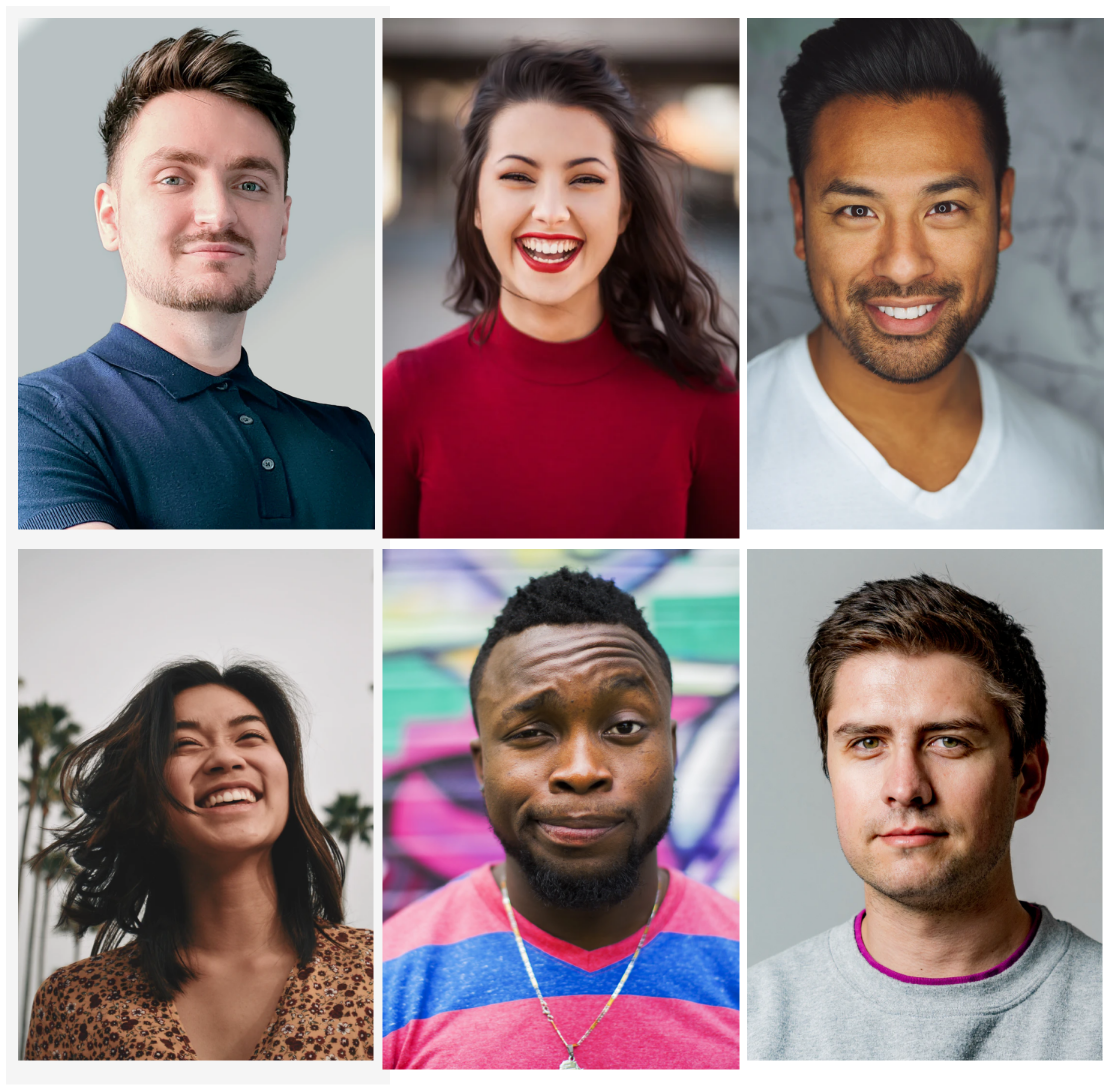
Repository: georgisenze/my-team-page-challeng
Page: index.html
The author's editor kept a copy of each file at every save. The page is drawn from the files as they stood at one save, then again after a run of saves.
The browser window is 1280 px wide. The page is 1472 px wide, then 1280 px, so the pictures cover 1472 px, including what lies to the right of the window. The pictures show the whole page, at 75% of full size.

Above is the page before, as saved 2023-02-22 21:55:22.

### index.html
<!DOCTYPE html>
<html lang="en">
<head>
    <meta charset="UTF-8">
    <meta http-equiv="X-UA-Compatible" content="IE=edge">
    <meta name="viewport" content="width=device-width, initial-scale=1.0">
    <title>My team page</title>

    <link rel="stylesheet" href="assets/css/style.css">
</head>
<body>
     <div class="container" id="container">
        <div class="box">
            <img src="assets/img/photo1.png" alt="" >
        </div>
        <div class="box">
            <img src="assets/img/photo2.png" alt="">
        </div>
        <div class="box">
            <img src="assets/img/photo3.png" alt="">
        </div>
        <div class="box">
            <img src="assets/img/photo4.png" alt="">
        </div>
        <div class="box">
            <img src="assets/img/photo5.png" alt="">
        </div>
        <div class="box">
            <img src="assets/img/photo6.png" alt="">
        </div>
      </div>
</body>
</html>

### assets/css/style.css

  .container {
    writing-mode: horizontal-tb;
    display: grid;
    grid-template-columns: 1fr 1fr 1fr;
    grid-template-rows: repeat(2,minmax(100px, auto));
    grid-auto-flow: row;
    gap: 10px;
    background-color: whitesmoke;
    padding: 1em;
    max-width: 30rem;
  }

  label {
    --flow-space: 1rem;
    display: grid;
    grid-template-columns: 180px min-content;
    gap: 0.2rem;
  }

After the next 7 saves:
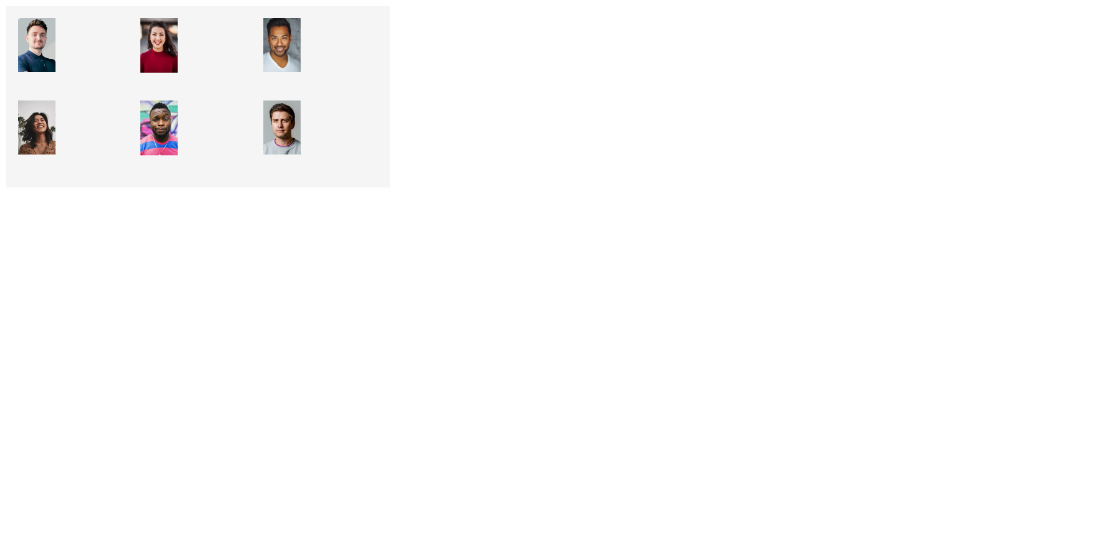
The 7 saves are shown as one change because they came seconds apart.
The last was saved 26 s later.
--- a/assets/css/style.css
+++ b/assets/css/style.css
@@ -11,6 +11,10 @@
     max-width: 30rem;
   }
 
+  img {
+    width: 50px;
+  }
+
   label {
     --flow-space: 1rem;
     display: grid;
